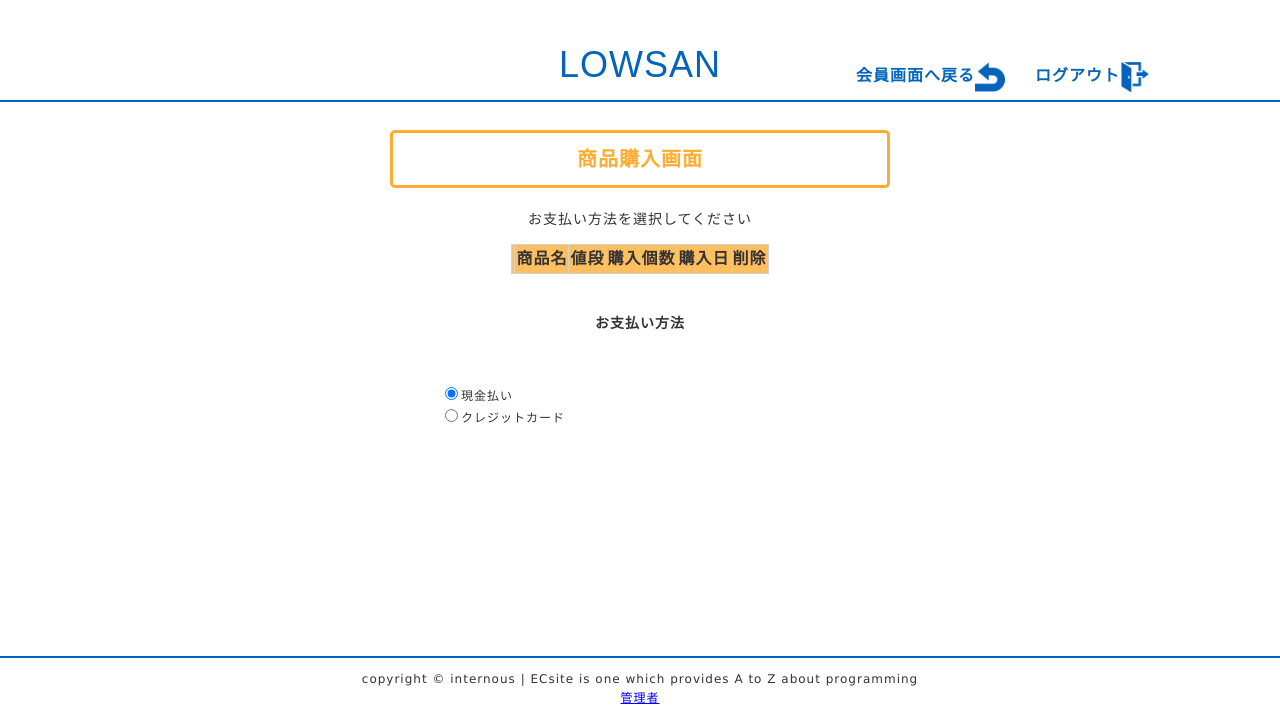
Repository: nishimura0212/myECsite
Page: http://localhost/ecsite/buyItem.jsp
These files come from the project's save history. The page is drawn as it stood at one moment and after the next save; the edit follows.
The browser window is 1280 px wide. The pictures show the whole page.
The page is served by Tomcat 9. Other server files are loaded and not shown.

Above is the page before, as saved 2019-01-02 14:23:22.

### ecsite/WebContent/buyItem.jsp
<%@ page language="java" contentType="text/html; charset=UTF-8"
    pageEncoding="UTF-8"%>
<%@ taglib prefix="s" uri="/struts-tags" %>
<!DOCTYPE html>
<html>
<head>
<meta http-equiv="Content-Type" content="text/html; charset=UTF-8"/>
<meta http-equiv="Content-Script-Type" content="text/javascript"/>
<meta http-equiv="imagetoolbar" content="no"/>
<meta name="description" content=""/>
<meta name="keywords" content=""/>
<title>商品購入画面</title>
<link rel="stylesheet" type="text/css" href="css/style.css">
</head>
<body>
	<div id="header">
		<p>LOWSAN</p>
		<div id="header-icon">
			<ul>
				<li class="icon">
					<a href="GoUserAction">
					会員画面へ戻る<img src="./img/icon/back.png" width="30px" height="30px">
					</a>
				</li>
				<li class="icon">
					<a href="LogoutAction">
					ログアウト<img src="./img/icon/logout.png" width="30px" height="30px">
					</a>
				</li>
			</ul>
		</div>
	</div>
	<div id="main">
		<div id="top">
			<p>商品購入画面</p>
		</div>
		<div>
			<p class="comment">お支払い方法を選択してください</p>
				<table class="history-table">
					<tr>
						<th></th>
						<th>商品名</th>
						<th>値段</th>
						<th>購入個数</th>
						<th>購入日</th>
						<th>削除</th>
					</tr>
					<s:iterator value="cartList">
						<tr>
							<td class="td-img"><img
								src='<s:property value="itemImage"/>' class="buy-item-image"></td>
							<td><s:property value="item" /></td>
							<td><s:property value="totalPrice" /><span>円</span></td>
							<td><s:property value="totalCount" /><span>個</span></td>
							<td><s:property value="insert_date" /></td>
							<td><input type="checkbox" name="delete"
								value='<s:property value="id"/>' /></td>
						</tr>
					</s:iterator>
				</table>
				<br>
				<h4 class="comment">お支払い方法</h4>
				<div class="center">
					<input type="radio" name="pay" value="1" checked="checked">現金払い
					<br>
					<input type="radio" name="pay"value="2">クレジットカード
				</div>
		</div>
	</div>
	<div id="footer">
		<p>copyright &copy; internous | ECsite is one which provides A to Z about programming<br/>
		<a href = '<s:url action="AdminAction"/>'>管理者</a></p>
	</div>
</body>
</html>

### ecsite/WebContent/css/style.css
@CHARSET "UTF-8";

/* bodyレイアウト */
body{
	margin: 0;
	padding: 0;
	height: 100%;
	height: auto;
	line-height: 1.6;
	letter-spacing: 1px;
	font-family: Verdana,Helvetica,sans-serif;
	font-size: 12px;
	color: #333;
	background: #fff;
}

/* headerレイアウト */
#header{
	position: fixed;
	left: 0;
	top: 0;
	z-index: 2;
	width: 100%;
	height: 100px;
	text-align: center;
	background-color: #fff;
	border-bottom: 2px solid #0464bb;
}
#header p{
	color: #0464bb;
	font-family: "メイリオ",sans-serif;
	font-size: 36px;
}
#header-icon{
	position: absolute;
	top: 50px;
	right: 100px;
}
#header-icon .icon{
	float: left;
	margin: 0 auto;
	margin-right: 30px;
	list-style-type: none;
	font-size: 16px;
	font-weight: bold;
}
#header-icon .icon img{
	clear: both;
	vertical-align: middle;
}
#header-icon .icon a{
	color: #0464bb;
	text-decoration:none;
}
.icon:hover{
	cursor: pointer;
}

/* mainレイアウト */
#main{
	position: relative;
	top: 110px;
	width: 100%;
	padding-bottom: 60px;
}

.waku{
	margin-top: 50px;
}

/* 見出しレイアウト */
#top{
	width: 500px;
	margin: 0px auto;
	margin-top: 10px;
	text-align: center;
}
#top p{
	font-size: 20px;
	font-weight: bold;
	border: 3px solid #FFAD32;
	border-radius: 5px;
	color: #FFAD32;
	background-color: #fff;
	padding: 10px 0px;
}

/* tableレイアウト */
.table{
	margin: 0 auto;
	width: 800px;
	font-size: 24px;
	padding: 40px 30px 50px 20px;
	background-color: #FFFDEB;
	color: #FFAD32;
	border-radius: 10px;
}

/* ログイン画面 */
.textarea{
	width: 100%;
	height: 30px;
	font-size: 22px;
	padding-left: 1%;
	border-radius: 15px;
}
input[type="text"]:focus {
	border: 2px solid #FFD493;
	outline: 0;
}
input[type="password"]:focus {
	border: 2px solid #FFD493;
	outline: 0;
}
.error{
	margin: 0 auto;
	width: 500px;
	text-align: center;
}
.error p{
	color: #FF5151;
	font-size: 14px;
}
.single{
	margin-top: 20px;
	text-align: center;
	padding: 20px;
}
.single_btn{
	width: 100px;
	height: 40px;
	padding: 5px;
	background-color: #FFAD32;
	font-size: 12px;
	font-weight: bold;
	color: white;
	border-color: none;
	border-radius: 20px;
}
.single_btn:hover{
	background-color: #F99500;
	cursor: pointer;
}

/* 会員画面 */
.comment{
	text-align: center;
	font-size: 14px;
}
.main-text{
	text-align: center;
	margin-top: 10px;
}
.userButton{
	margin-top: 20px;
	width: 300px;
	height: 100px;
	color: #FFFDEB;
	font-size: 24px;
	background-color: #FFAD32;
	border-radius: 20px;
}
.userButton:hover{
	cursor: pointer;
	background-color: #F99500;
}

/* カテゴリ選択画面 */
.categoryBox{
	margin: 0 auto;
	margin-top: 30px;
	width: 600px;
	text-align: center;
}
.category{
/* 	position: relative; */
/* 	top: 30px; */
/* 	left: 500px; */
	margin: 0 auto;
	display: inline-block;
	text-align: center;
}
.categoryCircle{
	margin: 0 auto;
	float: left;
}
.circle{
	width: 200px;
	height: 200px;
	margin: 0px 20px 10px 20px;
	border-radius: 50%;
	font-size: 30px;
	border: 5px solid #FFBF60;
	background-color: #FFFDEB;
}
.circle:hover{
	background-color: #FFBF60;
	color: #FFFDEB;
	border: none;
	cursor: pointer;
}
#empty{
	clear: both;
}

/* 商品選択画面 */
.item-wrap{
	width: 700px;
	margin: 30px auto;
	height: 100%;
	padding-bottom: 60px;
}
.itemBox{
	width: 300px;
	height: 250px;
	text-align: center;
	border: 2px dotted gray;
	margin: 20px 20px 20px 20px;
	background-color: #f9fcb6;
}
.itemBox img{
	width: 250px;
	height: 250px;
}
.itemName{
	margin: 0;
	font-size: 15px;
}
.flex-container{
	display: inline-flex;
}

/* 商品購入画面 */
.containerA{
	margin: 0 auto;
	margin-top: 20px;
	margin-right: 50px;
	text-align: center;
}
.left{
	width: 300px;
	height: 300px;
}
.left img{
	width: 100%;
}
.right{
	height: 300px;
	font-size: 20px;
	margin-top: 30px;
	border-collapse: collapse;
}
.td-left{
	text-align: center;
	background-color: #FFBF60;
	border: 1px solid lightgray;
}
.td-right{
	text-align: left;
	padding: 0px 10px;
	border: 1px solid lightgray;
}
.td-submit{
	background-color: #fff;
}
.select{
	width: 50px;
	font-size: 20px;
}
.select:hover{
	cursor: pointer;
}
.block{
	width: 100px;
	display: block;
}

/* 商品購入確認画面 */
.containerB{
	margin: 0 auto;
	margin-left: 150px;
	text-align: center;
}
.button{
	position: relative;
	top: 350px;
	right: 210px;
}
.gray_btn{
	width: 100px;
	height: 40px;
	padding: 5px;
	background-color: #808080;
	font-size: 12px;
	font-weight: bold;
	color: white;
	border-color: none;
	border-radius: 20px;
}
.gray_btn:hover{
	background-color: #666666;
	cursor: pointer;
}

/* 商品購入完了画面 */
.center{
	width: 400px;
	margin: 0 auto;
	margin-top: 50px;
}
.comment p{
	height: 50px;
	line-height: 50px;
	font-size: 16px;
	border: 2px solid gray;
	border-radius: 5px;
}

/* 商品購入履歴画面 */
.history-table{
	margin:0 auto;
	font-size: 16px;
	border-collapse: collapse;
	border: 1px solid lightgray;
	text-align: center;
}
.history-table th{
	border: 1px solid lightgray;
}
.history-table td,.td-img{
	border: 1px solid lightgray;
}
.history-table tr:first-child{
	background-color: #FFBF60;
}
.td-img img{
	width: 100px;
	height: 100px;
}




.buy-item-button{
	margin: 20px;
	width: 100px;
	height: 50px;
	background-color: #eee;
	border-radius: 20%;
}
.buy-item-button:hover{
	cursor: pointer;
	background-color: #f9fcb6;
}
.pointer:hover{
	cursor: pointer;
}



.button1{
	margin: 0 20px auto;
	float: left;
}
.submit{
	width: 300px;
	height: 400px;
	border-radius: 10%;
	background-color: #f8f8f8;
	font-size: 30px;
}
.submit:hover{
	box-shadow: none;
	background-color: #ffff80;
	cursor: pointer;
}
#text-link{
	display: inline-block;
	text-align: right;
}
#text-right{
	display: inline-block;
	text-align: right;
}
.text-right{
	display: inline-block;
	margin-left: 4%;
}
#wrap{
	margin: 0 40% auto;
}
#left{
	float: left;
	width: 50%;
}
#right{
	float: left;
	width: 50%;
}
.text-center{
	display: inline-block;
	text-align: center;
}
#text{
	clear: left;
	padding-top: 20px;
	width: 780px;
	margin: 30px auto;
}
.text{
	text-align: center;
}
#list{
	border: 2px dotted gray;
	width: 500px;
	height: 100px;
	background-color: lightyellow;
	margin: 30px auto;
}
#list ul li{
	display: inline-block;
	list-style-type: none;
	margin-right: 2em;
}
#button{
	display: inline-block;
	text-align: center;
}
#empty{
	clear: both;
}
.button{
	margin: 0 auto;
	float: left;
	margin-right: 10px;
}
.button:hover{
	cursor: pointer;
}
.category_button{
	margin: 0 auto;
	float: left;
}
.item{
	width: 200px;
	height: 200px;
	margin: 0px 20px 10px 20px;
	border-radius: 50%;
	font-size: 30px;
}


/* footerレイアウト */
#footer{
	clear: both;
	position: fixed;
	left: 0;
	bottom: 0;
	z-index: 2;
	width: 100%;
	background-color: #fff;
	border-top: 2px solid #0464bb;
}
#footer p{
	text-align: center;
}

After the next save:
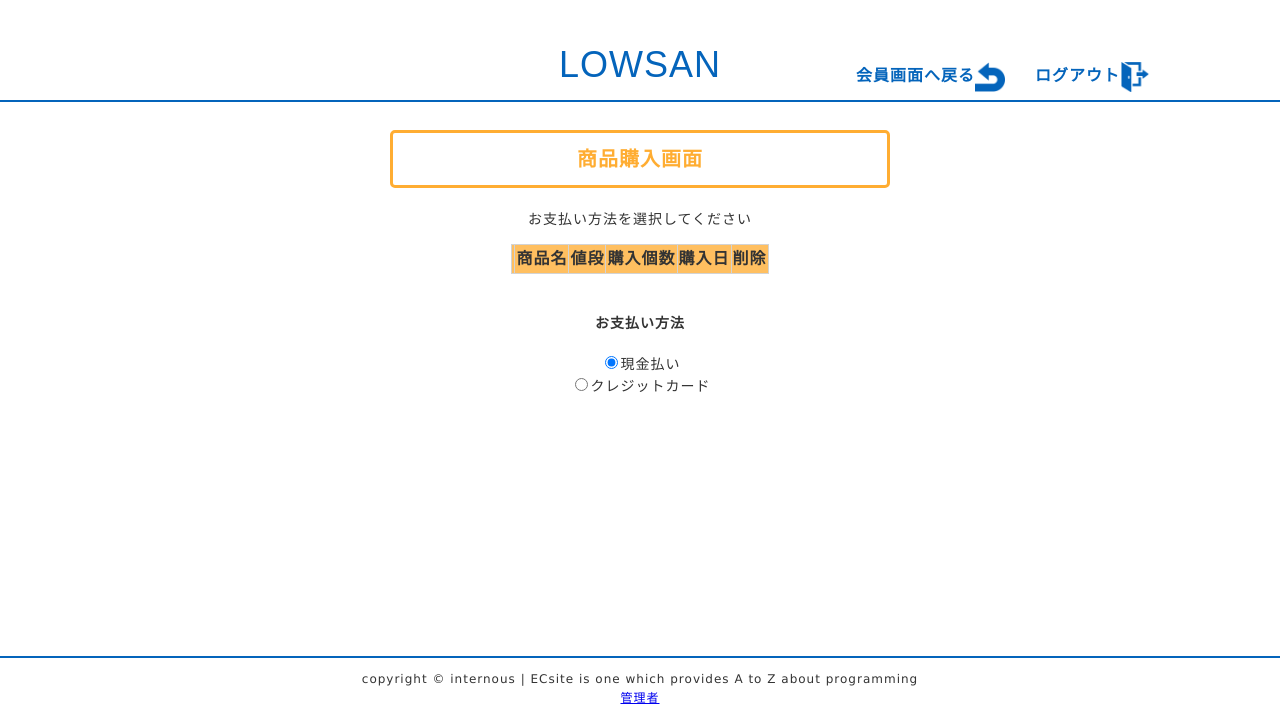
Saved 66 s later.
--- a/ecsite/WebContent/buyItem.jsp
+++ b/ecsite/WebContent/buyItem.jsp
@@ -59,8 +59,8 @@
 					</s:iterator>
 				</table>
 				<br>
-				<h4 class="comment">お支払い方法</h4>
-				<div class="center">
+				<div class="comment">
+					<h4>お支払い方法</h4>
 					<input type="radio" name="pay" value="1" checked="checked">現金払い
 					<br>
 					<input type="radio" name="pay"value="2">クレジットカード
